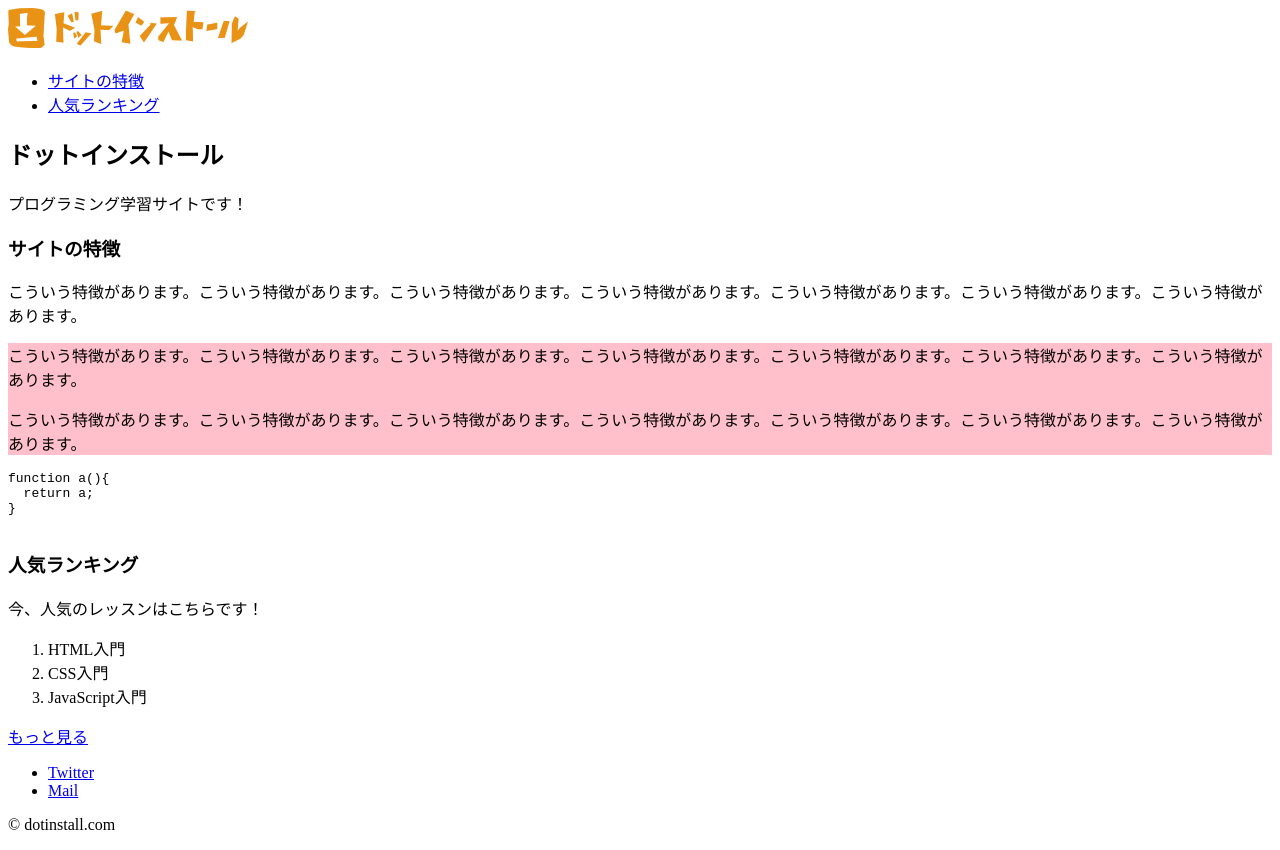
Repository: kojimayu/dotinstall-html
Page: index.html
The author's editor kept a copy of each file at every save. The page is drawn from the files as they stood at one save, then again after the next save.
The browser window is 1280 px wide. The pictures show the whole page.

Above is the page before, as saved 2019-04-05 13:48:47.

### index.html
<!DOCTYPE html>
<html lang="ja">

<head>
  <meta charset="UTF-8">
  <title>ドットインストール</title>
  <meta name="description" content="プログラミング学習サイトのドットインストールです。">
  <link rel="icon" href="img/favicon.ico">
</head>

<body>
  <header>
    <img src="img/logo.png" alt="ドットインストールのロゴです" width="240" height="40">
    <nav>
      <ul>
        <li><a href="#about">サイトの特徴</a></li>
        <li><a href="#ranking">人気ランキング</a></li>
      </ul>
    </nav>
  </header>

  <section>
    <h1>ドットインストール</h1>
    <p>プログラミング学習サイトです！</p>
    <section>
      <h1 id="about">サイトの特徴</h1>

        <p>こういう特徴があります。こういう特徴があります。こういう特徴があります。こういう特徴があります。こういう特徴があります。こういう特徴があります。こういう特徴があります。</p>

      <div style="background:pink">
        <p>こういう特徴があります。こういう特徴があります。こういう特徴があります。こういう特徴があります。こういう特徴があります。こういう特徴があります。こういう特徴があります。</p>

        <p>こういう特徴があります。こういう特徴があります。こういう特徴があります。こういう特徴があります。こういう特徴があります。こういう特徴があります。こういう特徴があります。</p>

      </div>
      <pre>
function a(){
  return a;
}
      </pre>
    </section>
    <section>
      <h1 id="ranking">人気ランキング</h1>
      <p>今、人気のレッスンはこちらです！</p>
      <ol>
        <li>HTML入門</li>
        <li>CSS入門</li>
        <li>JavaScript入門</li>
      </ol>
      <p><a href="more_lessons.html">もっと見る</a></p>
    </section>
  </section>

  <footer>
    <ul>
      <li><a href="https://twitter.com/dotinstall" target="_blank">Twitter</a></li>
      <li><a href="mailto:taguchi@gmail.com" target="_blank">Mail</a></li>
    </ul>
    <p>&copy; dotinstall.com</p>
  </footer>
</body>

</html>

After the next save:
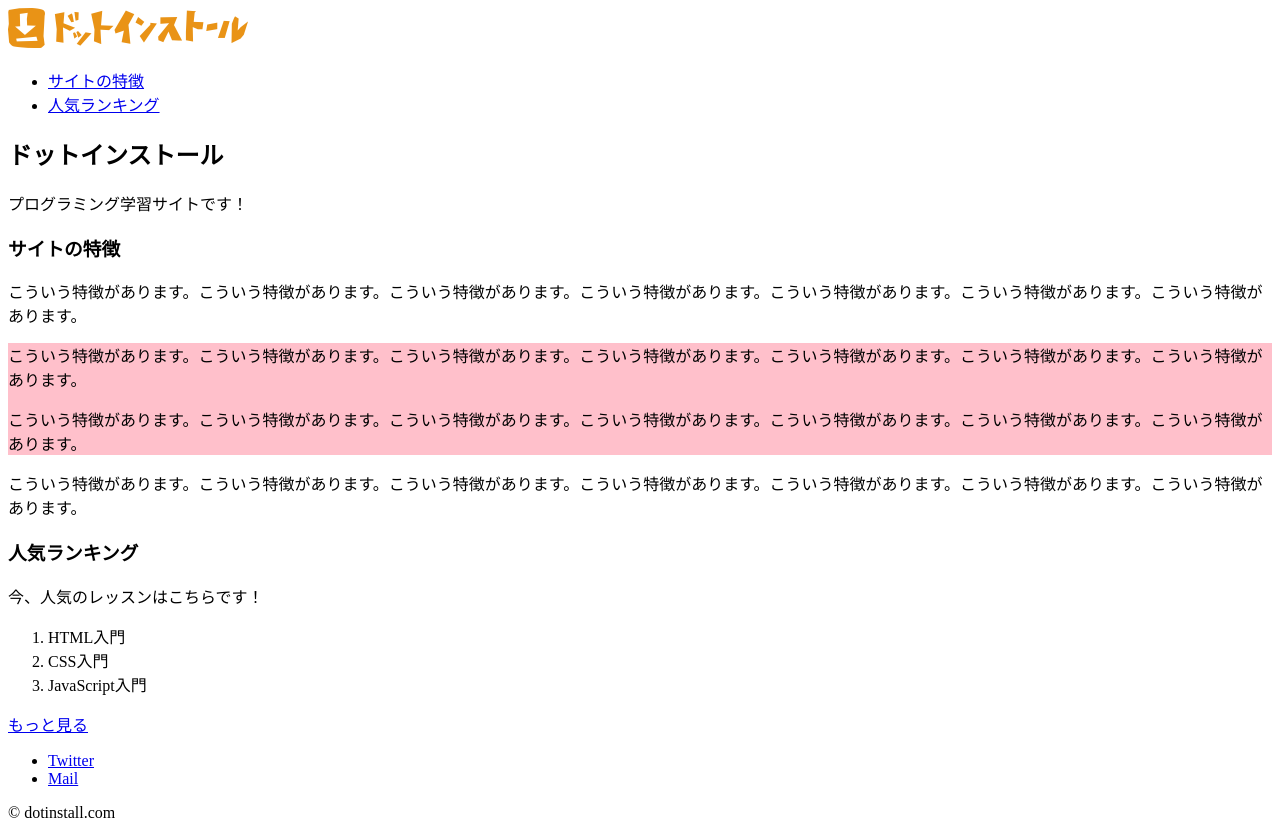
Saved 3 min 40 s later.
--- a/index.html
+++ b/index.html
@@ -29,15 +29,9 @@
 
       <div style="background:pink">
         <p>こういう特徴があります。こういう特徴があります。こういう特徴があります。こういう特徴があります。こういう特徴があります。こういう特徴があります。こういう特徴があります。</p>
-
         <p>こういう特徴があります。こういう特徴があります。こういう特徴があります。こういう特徴があります。こういう特徴があります。こういう特徴があります。こういう特徴があります。</p>
-
       </div>
-      <pre>
-function a(){
-  return a;
-}
-      </pre>
+      <p><span styl="color:red;">こ</span>ういう特徴があります。こういう特徴があります。こういう特徴があります。こういう特徴があります。こういう特徴があります。こういう特徴があります。こういう特徴があります。</p>
     </section>
     <section>
       <h1 id="ranking">人気ランキング</h1>
